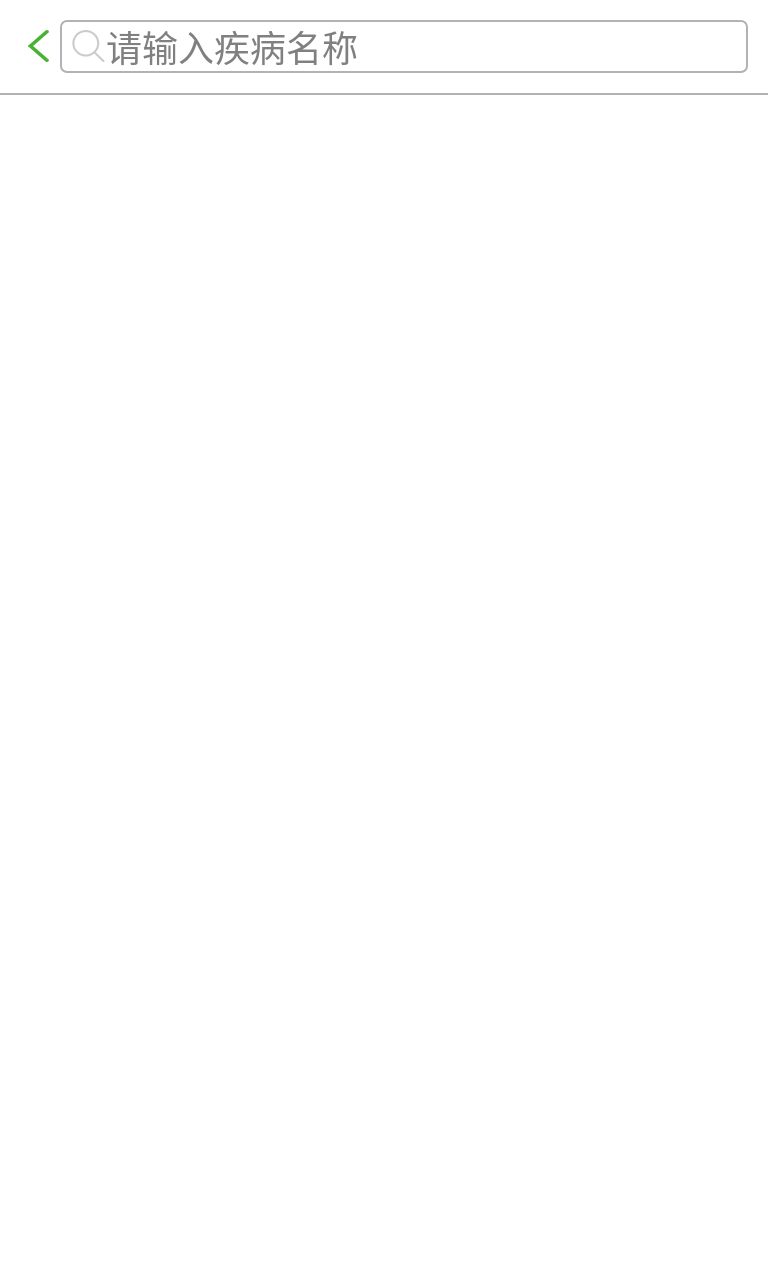
Repository: hjhlove110/XYApp
Layout: XYApp/res/layout/serache_view.xml
The author's editor kept a copy of each file at every save. The layout is drawn from the files as they stood at one save, then again after the next save.
It is drawn on a 768 x 1280 px phone screen (xhdpi) without system bars, with theme Translucent; the app's code is not run.

Above is the layout before, as saved 2015-09-23 05:35:35.

### XYApp/res/layout/serache_view.xml
<LinearLayout xmlns:android="http://schemas.android.com/apk/res/android"
    android:layout_width="fill_parent"
    android:layout_height="fill_parent"
    android:orientation="vertical" >

    <LinearLayout
        android:layout_width="match_parent"
        android:layout_height="wrap_content"
        android:layout_margin="10dp"
        android:gravity="left|center_vertical"
        android:orientation="horizontal" >

        <ImageButton
            android:id="@+id/btnBack"
            android:layout_width="wrap_content"
            android:layout_height="wrap_content"
            android:background="@drawable/btn_back_selector" />

        <EditText
            android:id="@+id/title"
            android:layout_width="0dp"
            android:layout_height="wrap_content"
            android:layout_weight="1"
            android:background="@drawable/txt_bg"
            android:drawableLeft="@drawable/serach1"
            android:gravity="center_vertical|left"
            android:hint="请输入疾病名称"
            android:paddingLeft="5dp"
            android:textColor="#49b233" />
    </LinearLayout>

    <View
        android:layout_width="match_parent"
        android:layout_height="1dp"
        android:background="#b2b2b2" />

</LinearLayout>

### XYApp/res/values/styles.xml
<resources>

    <!--
        Base application theme, dependent on API level. This theme is replaced
        by AppBaseTheme from res/values-vXX/styles.xml on newer devices.



    -->
    <style name="AppBaseTheme" parent="Theme.AppCompat.Light">
        <!--
            Theme customizations available in newer API levels can go in
            res/values-vXX/styles.xml, while customizations related to
            backward-compatibility can go here.



        -->
    </style>

    <!-- Application theme. -->
    <style name="AppTheme" parent="AppBaseTheme">

        <!-- All customizations that are NOT specific to a particular API-level can go here. -->
        <item name="android:windowNoTitle">true</item>
    </style>

    <style name="CheckBoxMain">
        <item name="android:button">@null</item>
        <item name="android:paddingTop">12dip</item>
        <item name="android:gravity">center</item>
        <item name="android:background">@drawable/bg_mune</item>
        <item name="android:textSize">14sp</item>
        <item name="android:textColor">#656565</item>
        <item name="android:layout_width">0dip</item>
        <item name="android:layout_height">wrap_content</item>
        <item name="android:layout_weight">1</item>
    </style>

    <style name="Translucent" parent="@android:style/Theme.Translucent">
        <item name="android:windowNoTitle">true</item>
        <item name="android:windowIsFloating">true</item>
        <item name="android:windowIsTranslucent">true</item>
        <item name="android:windowContentOverlay">@null</item>
        <item name="android:windowAnimationStyle">@android:style/Animation.Dialog</item>
        <item name="android:backgroundDimEnabled">true</item>
    </style>

</resources>

### XYApp/res/drawable/btn_back_selector.xml
<?xml version="1.0" encoding="UTF-8"?>
<selector xmlns:android="http://schemas.android.com/apk/res/android">

    <item android:drawable="@drawable/l_back_p" android:state_checked="true"/>
    <item android:drawable="@drawable/l_back_p" android:state_pressed="true"/>
    <item android:drawable="@drawable/l_back"/>

</selector>

### XYApp/res/drawable/txt_bg.xml
<?xml version="1.0" encoding="utf-8"?>
<shape xmlns:android="http://schemas.android.com/apk/res/android"
    android:shape="rectangle" >

    <corners android:radius="3dp" />

    <solid android:color="#ffffff" />

    <stroke
        android:width="1dp"
        android:color="#b2b2b2" />

</shape>

After the next save:
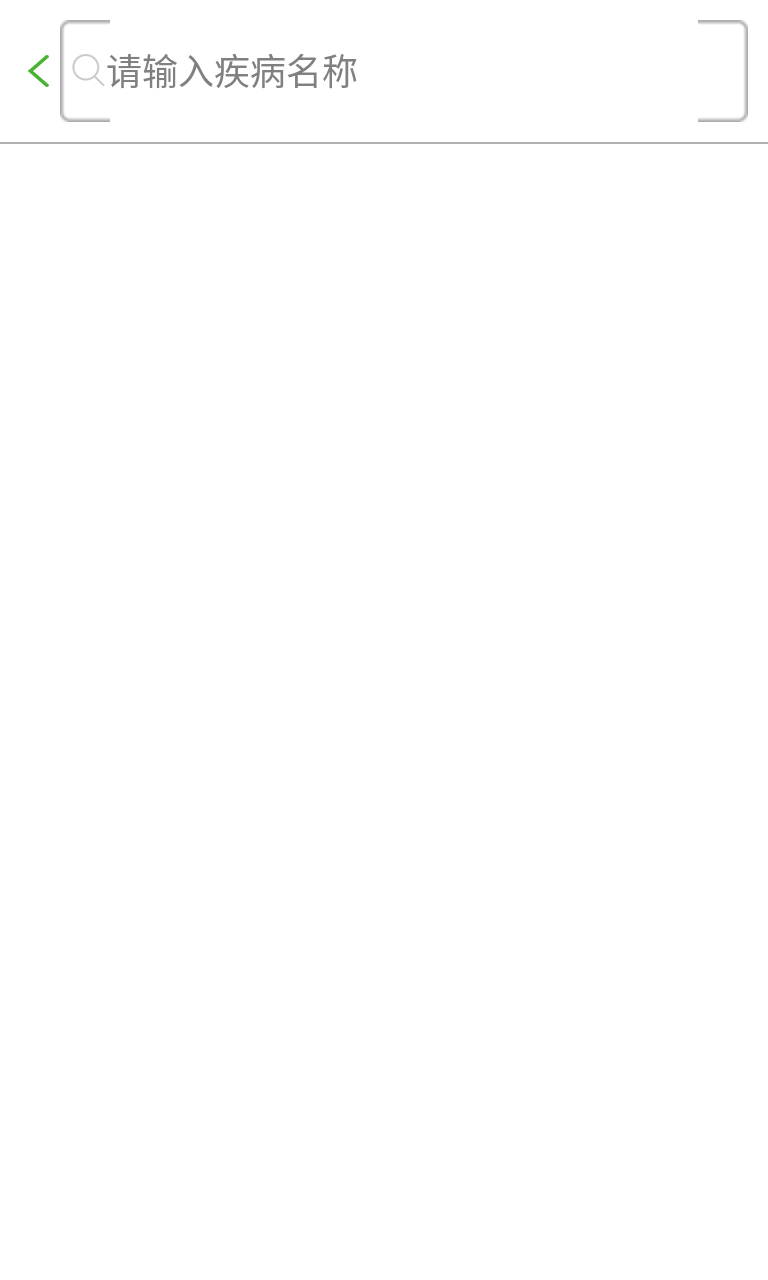
Saved 12 s later.
--- a/XYApp/res/layout/serache_view.xml
+++ b/XYApp/res/layout/serache_view.xml
@@ -21,7 +21,7 @@
             android:layout_width="0dp"
             android:layout_height="wrap_content"
             android:layout_weight="1"
-            android:background="@drawable/txt_bg"
+            android:background="@drawable/txtbg"
             android:drawableLeft="@drawable/serach1"
             android:gravity="center_vertical|left"
             android:hint="请输入疾病名称"
